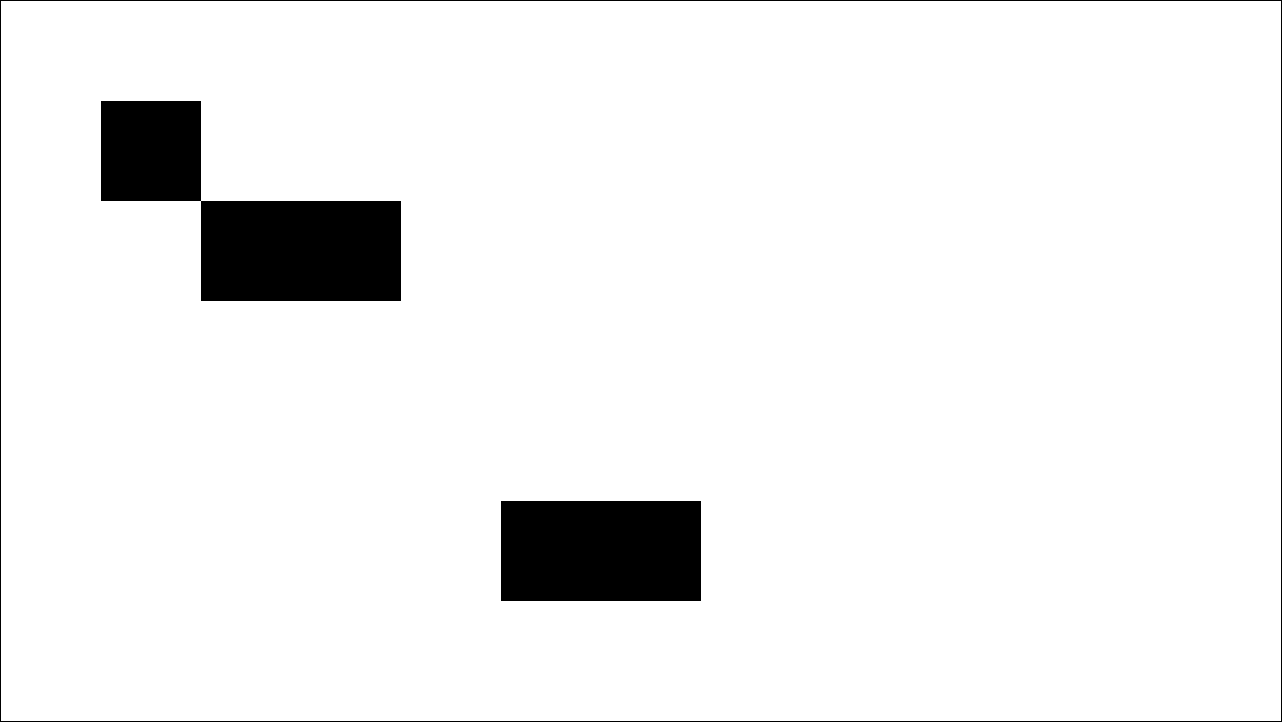
Repository: badhon252/Javascript-practice
Page: 1projects/JavaScript30/08 - Fun with HTML5 Canvas/index-START.html
An editor plug-in stored every save of this project. The page is shown before and after the next save, followed by the edit.
The browser window is 1280 px wide. The page is 1282 px wide, so the pictures cover 1282 px, including what lies to the right of the window. The pictures show the whole page.

Above is the page before, as saved 2022-12-02 23:30:04.

After the next save:
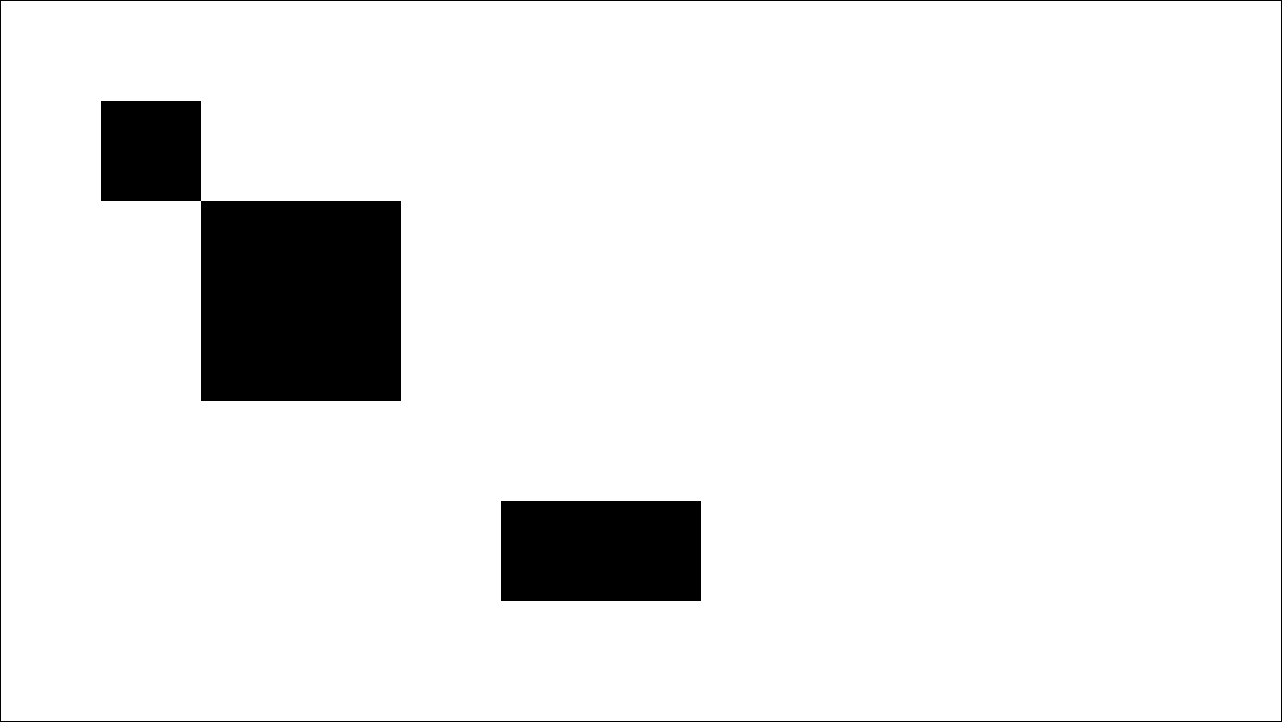
Saved 13 s later.
--- a/1projects/JavaScript30/08 - Fun with HTML5 Canvas/index-START.html
+++ b/1projects/JavaScript30/08 - Fun with HTML5 Canvas/index-START.html
@@ -33,7 +33,7 @@
 
         // ctx.fillRect(x, y, width, height)
         ctx.fillRect(100, 100, 100, 100);
-        ctx.fillRect(200, 200, 200, 100);
+        ctx.fillRect(200, 200, 200, 200);
         ctx.fillRect(500, 500, 200, 100);
     </script>
 </body>
